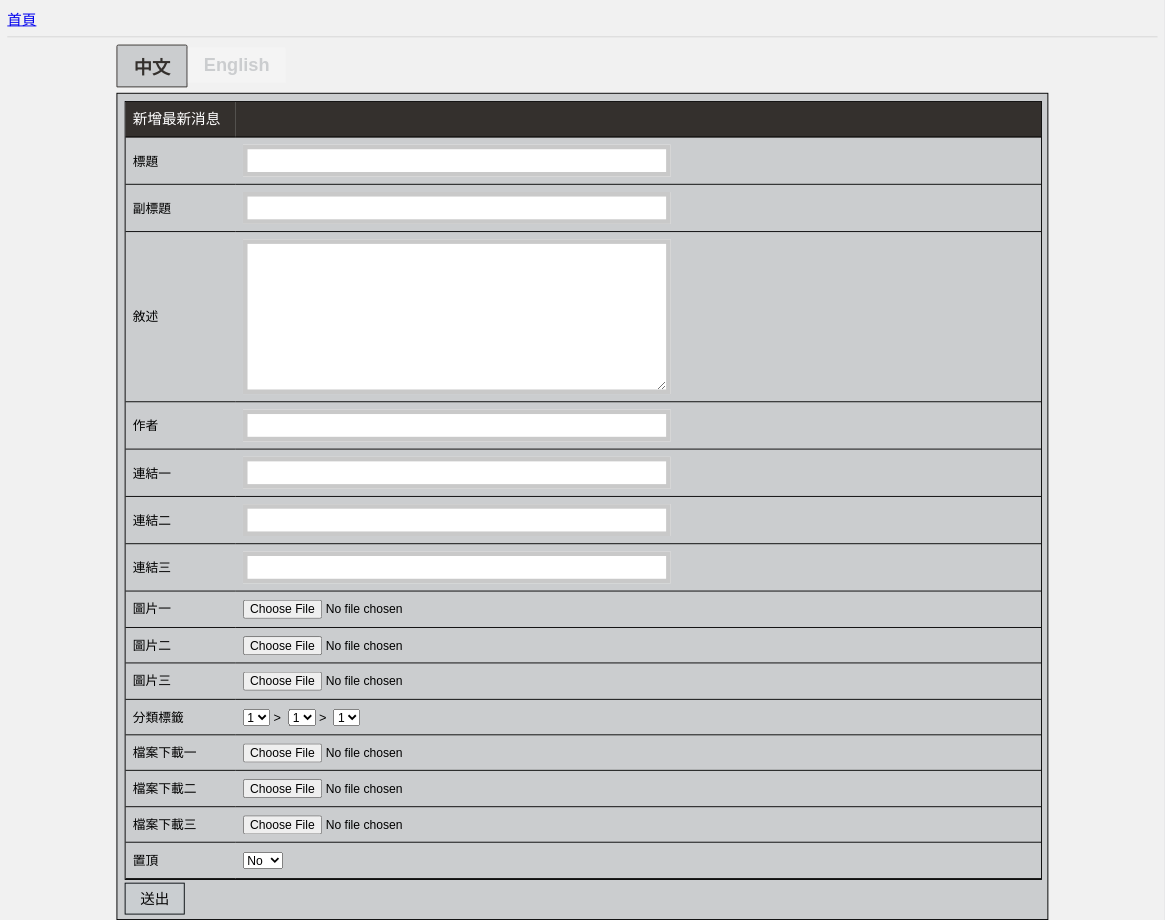
Repository: Naokiyuy/DigitalHum
Page: http://localhost/digital/backend/hotnews/hotnews-add.jsp
These files come from the project's save history. The page is drawn as it stood at one moment and after the next save; the edit follows.
The browser window is 1280 px wide. The pictures show the whole page, at 91% of full size.
Some web libraries are served in a nearby version. The page is served by Tomcat 9.

Above is the page before, as saved 2015-03-12 18:11:11.

After the next save:
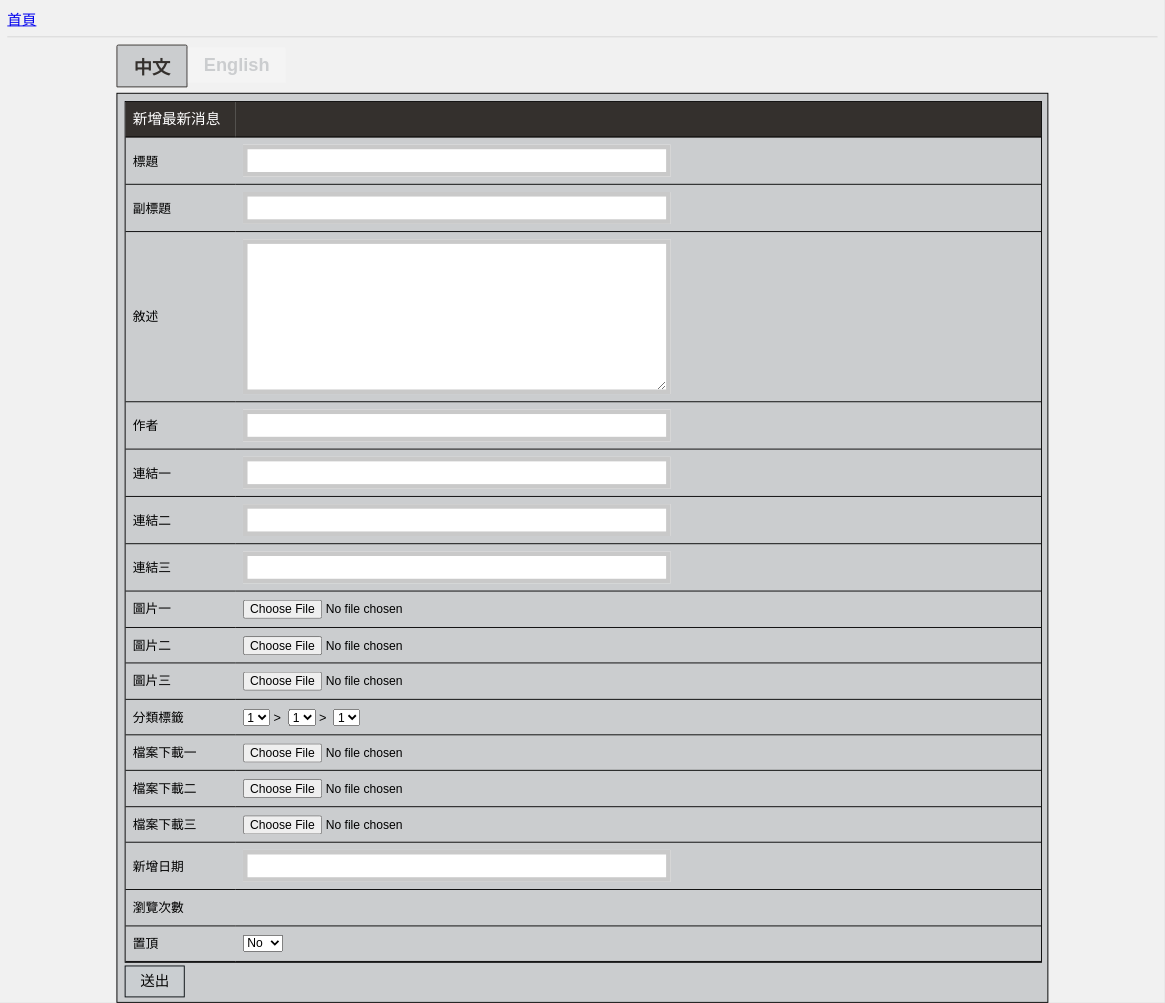
Saved 6 min 56 s later.
--- a/digital/src/main/webapp/backend/hotnews/hotnews-add.jsp
+++ b/digital/src/main/webapp/backend/hotnews/hotnews-add.jsp
@@ -95,6 +95,14 @@
 					<div class="hotnews-add-td"><input type="file" id="file_3_cht" name="file_3_cht" /></div>
 				</div>
 				<div class="hotnews-add-tr">
+					<div class="hotnews-add-td">新增日期</div>
+					<div class="hotnews-add-td"><input type="text" id="createDate_cht" name="createDate_cht" /></div>
+				</div>
+				<div class="hotnews-add-tr">
+					<div class="hotnews-add-td">瀏覽次數</div>
+					<div class="hotnews-add-td"></div>
+				</div>
+				<div class="hotnews-add-tr">
 					<div class="hotnews-add-td">置頂</div>
 					<div class="hotnews-add-td">
 						<select id="top_cht" name="top_cht">
